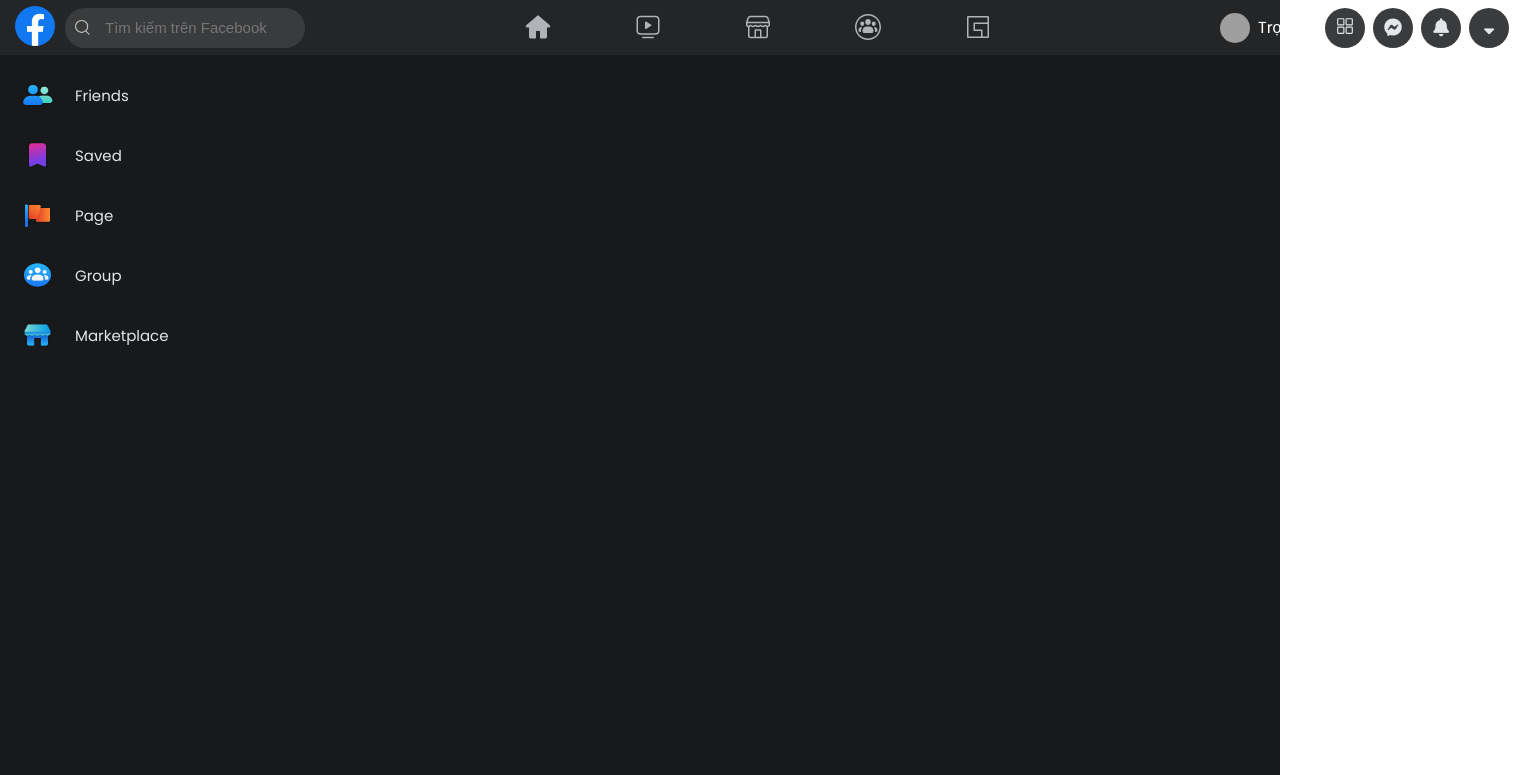
Repository: vanntrong/facebook-clone
Page: index.html
An editor plug-in stored every save of this project. The page is shown before and after the next save, followed by the edit.
The browser window is 1280 px wide. The page is 1517 px wide, so the pictures cover 1517 px, including what lies to the right of the window. The pictures show the whole page.
Pictures or frames that could not be fetched are drawn as grey boxes.

Above is the page before, as saved 2021-09-08 18:32:55.

### index.html
<!DOCTYPE html>
<html lang="en">
  <head>
    <meta charset="UTF-8" />
    <meta http-equiv="X-UA-Compatible" content="IE=edge" />
    <meta name="viewport" content="width=device-width, initial-scale=1.0" />
    <title>Facebook</title>
    <link rel="stylesheet" href="./assets/css/reset.css" />
    <link rel="stylesheet" href="./assets/css/base.css" />
    <link rel="stylesheet" href="./assets/css/style.css" />
    <link rel="stylesheet" href="./assets/fonts/fontawesome-free-5.15.4-web/css/all.css" />
    <script type="module" src="https://unpkg.com/ionicons@5.5.2/dist/ionicons/ionicons.esm.js"></script>
    <script nomodule src="https://unpkg.com/ionicons@5.5.2/dist/ionicons/ionicons.js"></script>
    <style>
      @import url("https://fonts.googleapis.com/css2?family=Poppins:wght@300;400;500;600;700&display=swap");
    </style>
  </head>
  <body>
    <!-- header -->
    <header class="header">
      <div class="header__nav-left">
        <div class="header__logo">
          <a href="" class="header__logo-link">
            <img src="./assets/images/logo.png" alt="Logo Facebook" class="header__logo-img" />
          </a>
        </div>
        <div class="header__search">
          <img src="./assets/images/search.png" class="header__search-img" />
          <input type="text" class="header__search-input" placeholder="Tìm kiếm trên Facebook" />
        </div>
      </div>

      <div class="header__nav-center">
        <ul class="header__nav-list">
          <li class="header__nav-item">
            <div class="header-item-link">
              <a href="#" class="header-item-icon">
                <svg viewBox="0 0 28 28" class="a8c37x1j ms05siws hwsy1cff b7h9ocf4 aaxa7vy3" height="28" width="28">
                  <path
                    d="M25.825 12.29C25.824 12.289 25.823 12.288 25.821 12.286L15.027 2.937C14.752 2.675 14.392 2.527 13.989 2.521 13.608 2.527 13.248 2.675 13.001 2.912L2.175 12.29C1.756 12.658 1.629 13.245 1.868 13.759 2.079 14.215 2.567 14.479 3.069 14.479L5 14.479 5 23.729C5 24.695 5.784 25.479 6.75 25.479L11 25.479C11.552 25.479 12 25.031 12 24.479L12 18.309C12 18.126 12.148 17.979 12.33 17.979L15.67 17.979C15.852 17.979 16 18.126 16 18.309L16 24.479C16 25.031 16.448 25.479 17 25.479L21.25 25.479C22.217 25.479 23 24.695 23 23.729L23 14.479 24.931 14.479C25.433 14.479 25.921 14.215 26.132 13.759 26.371 13.245 26.244 12.658 25.825 12.29"
                  ></path>
                </svg>
              </a>
            </div>
          </li>
          <li class="header__nav-item">
            <div class="header-item-link">
              <a href="#" class="header-item-icon">
                <svg viewBox="0 0 28 28" class="a8c37x1j ms05siws hwsy1cff b7h9ocf4 em6zcovv" height="28" width="28">
                  <path
                    d="M8.75 25.25C8.336 25.25 8 24.914 8 24.5 8 24.086 8.336 23.75 8.75 23.75L19.25 23.75C19.664 23.75 20 24.086 20 24.5 20 24.914 19.664 25.25 19.25 25.25L8.75 25.25ZM17.163 12.846 12.055 15.923C11.591 16.202 11 15.869 11 15.327L11 9.172C11 8.631 11.591 8.297 12.055 8.576L17.163 11.654C17.612 11.924 17.612 12.575 17.163 12.846ZM21.75 20.25C22.992 20.25 24 19.242 24 18L24 6.5C24 5.258 22.992 4.25 21.75 4.25L6.25 4.25C5.008 4.25 4 5.258 4 6.5L4 18C4 19.242 5.008 20.25 6.25 20.25L21.75 20.25ZM21.75 21.75 6.25 21.75C4.179 21.75 2.5 20.071 2.5 18L2.5 6.5C2.5 4.429 4.179 2.75 6.25 2.75L21.75 2.75C23.821 2.75 25.5 4.429 25.5 6.5L25.5 18C25.5 20.071 23.821 21.75 21.75 21.75Z"
                  ></path>
                </svg>
              </a>
            </div>
          </li>
          <li class="header__nav-item">
            <div class="header-item-link">
              <a href="#" class="header-item-icon">
                <svg viewBox="0 0 28 28" class="a8c37x1j ms05siws hwsy1cff b7h9ocf4 em6zcovv" height="28" width="28">
                  <path
                    d="M17.5 23.75 21.75 23.75C22.164 23.75 22.5 23.414 22.5 23L22.5 14 22.531 14C22.364 13.917 22.206 13.815 22.061 13.694L21.66 13.359C21.567 13.283 21.433 13.283 21.34 13.36L21.176 13.497C20.591 13.983 19.855 14.25 19.095 14.25L18.869 14.25C18.114 14.25 17.382 13.987 16.8 13.506L16.616 13.354C16.523 13.278 16.39 13.278 16.298 13.354L16.113 13.507C15.53 13.987 14.798 14.25 14.044 14.25L13.907 14.25C13.162 14.25 12.439 13.994 11.861 13.525L11.645 13.35C11.552 13.275 11.419 13.276 11.328 13.352L11.155 13.497C10.57 13.984 9.834 14.25 9.074 14.25L8.896 14.25C8.143 14.25 7.414 13.989 6.832 13.511L6.638 13.351C6.545 13.275 6.413 13.275 6.32 13.351L5.849 13.739C5.726 13.84 5.592 13.928 5.452 14L5.5 14 5.5 23C5.5 23.414 5.836 23.75 6.25 23.75L10.5 23.75 10.5 17.5C10.5 16.81 11.06 16.25 11.75 16.25L16.25 16.25C16.94 16.25 17.5 16.81 17.5 17.5L17.5 23.75ZM3.673 8.75 24.327 8.75C24.3 8.66 24.271 8.571 24.238 8.483L23.087 5.355C22.823 4.688 22.178 4.25 21.461 4.25L6.54 4.25C5.822 4.25 5.177 4.688 4.919 5.338L3.762 8.483C3.729 8.571 3.7 8.66 3.673 8.75ZM24.5 10.25 3.5 10.25 3.5 12C3.5 12.414 3.836 12.75 4.25 12.75L4.421 12.75C4.595 12.75 4.763 12.69 4.897 12.58L5.368 12.193C6.013 11.662 6.945 11.662 7.59 12.193L7.784 12.352C8.097 12.609 8.49 12.75 8.896 12.75L9.074 12.75C9.483 12.75 9.88 12.607 10.194 12.345L10.368 12.2C11.01 11.665 11.941 11.659 12.589 12.185L12.805 12.359C13.117 12.612 13.506 12.75 13.907 12.75L14.044 12.75C14.45 12.75 14.844 12.608 15.158 12.35L15.343 12.197C15.989 11.663 16.924 11.663 17.571 12.197L17.755 12.35C18.068 12.608 18.462 12.75 18.869 12.75L19.095 12.75C19.504 12.75 19.901 12.606 20.216 12.344L20.38 12.208C21.028 11.666 21.972 11.666 22.62 12.207L23.022 12.542C23.183 12.676 23.387 12.75 23.598 12.75 24.097 12.75 24.5 12.347 24.5 11.85L24.5 10.25ZM24 14.217 24 23C24 24.243 22.993 25.25 21.75 25.25L6.25 25.25C5.007 25.25 4 24.243 4 23L4 14.236C2.875 14.112 2 13.158 2 12L2 9.951C2 9.272 2.12 8.6 2.354 7.964L3.518 4.802C4.01 3.563 5.207 2.75 6.54 2.75L21.461 2.75C22.793 2.75 23.99 3.563 24.488 4.819L25.646 7.964C25.88 8.6 26 9.272 26 9.951L26 11.85C26 13.039 25.135 14.026 24 14.217ZM16 23.75 16 17.75 12 17.75 12 23.75 16 23.75Z"
                  ></path>
                </svg>
              </a>
            </div>
          </li>
          <li class="header__nav-item">
            <div class="header-item-link">
              <a href="#" class="header-item-icon">
                <svg viewBox="0 0 28 28" class="a8c37x1j ms05siws hwsy1cff b7h9ocf4 em6zcovv" height="28" width="28">
                  <path
                    d="M25.5 14C25.5 7.649 20.351 2.5 14 2.5 7.649 2.5 2.5 7.649 2.5 14 2.5 20.351 7.649 25.5 14 25.5 20.351 25.5 25.5 20.351 25.5 14ZM27 14C27 21.18 21.18 27 14 27 6.82 27 1 21.18 1 14 1 6.82 6.82 1 14 1 21.18 1 27 6.82 27 14ZM7.479 14 7.631 14C7.933 14 8.102 14.338 7.934 14.591 7.334 15.491 6.983 16.568 6.983 17.724L6.983 18.221C6.983 18.342 6.99 18.461 7.004 18.578 7.03 18.802 6.862 19 6.637 19L6.123 19C5.228 19 4.5 18.25 4.5 17.327 4.5 15.492 5.727 14 7.479 14ZM20.521 14C22.274 14 23.5 15.492 23.5 17.327 23.5 18.25 22.772 19 21.878 19L21.364 19C21.139 19 20.97 18.802 20.997 18.578 21.01 18.461 21.017 18.342 21.017 18.221L21.017 17.724C21.017 16.568 20.667 15.491 20.067 14.591 19.899 14.338 20.067 14 20.369 14L20.521 14ZM8.25 13C7.147 13 6.25 11.991 6.25 10.75 6.25 9.384 7.035 8.5 8.25 8.5 9.465 8.5 10.25 9.384 10.25 10.75 10.25 11.991 9.353 13 8.25 13ZM19.75 13C18.647 13 17.75 11.991 17.75 10.75 17.75 9.384 18.535 8.5 19.75 8.5 20.965 8.5 21.75 9.384 21.75 10.75 21.75 11.991 20.853 13 19.75 13ZM15.172 13.5C17.558 13.5 19.5 15.395 19.5 17.724L19.5 18.221C19.5 19.202 18.683 20 17.677 20L10.323 20C9.317 20 8.5 19.202 8.5 18.221L8.5 17.724C8.5 15.395 10.441 13.5 12.828 13.5L15.172 13.5ZM16.75 9C16.75 10.655 15.517 12 14 12 12.484 12 11.25 10.655 11.25 9 11.25 7.15 12.304 6 14 6 15.697 6 16.75 7.15 16.75 9Z"
                  ></path>
                </svg>
              </a>
            </div>
          </li>
          <li class="header__nav-item">
            <div class="header-item-link">
              <a href="#" class="header-item-icon">
                <svg viewBox="0 0 28 28" class="a8c37x1j ms05siws hwsy1cff b7h9ocf4 em6zcovv" height="28" width="28">
                  <path
                    d="M23.5 9.5H10.25a.75.75 0 00-.75.75v7c0 .414.336.75.75.75H17v5.5H4.5v-19h19v5zm0 14h-5v-6.25a.75.75 0 00-.75-.75H11V11h12.5v12.5zm1.5.25V4.25C25 3.561 24.439 3 23.75 3H4.25C3.561 3 3 3.561 3 4.25v19.5c0 .689.561 1.25 1.25 1.25h19.5c.689 0 1.25-.561 1.25-1.25z"
                  ></path>
                </svg>
              </a>
            </div>
          </li>
        </ul>
      </div>

      <div class="header__nav-right">
        <div class="header__nav-user">
          <img
            src="https://scontent.fsgn8-1.fna.fbcdn.net/v/t1.6435-1/p240x240/210197760_1699894010195731_8413836282276662202_n.jpg?_nc_cat=108&ccb=1-5&_nc_sid=7206a8&_nc_ohc=VyKzTsO_4DMAX9YWiV5&tn=ZfnwPn3exKDbVvbU&_nc_ht=scontent.fsgn8-1.fna&oh=88a15a829e8b30a39c7311926931e93a&oe=615D2151"
            class="header__nav-user-img"
          />
          <span class="header__nav-user-name">Trọng</span>
        </div>
        <div class="header__nav-menu">
          <ul class="header-menu-list">
            <li class="header-menu-item">
              <div class="header-menu-link">
                <a href="#" class="header-menu-icon">
                  <ion-icon name="grid-outline"></ion-icon>
                </a>
              </div>
            </li>
            <li class="header-menu-item">
              <div class="header-menu-link">
                <a href="#" class="header-menu-icon">
                  <i class="fab fa-facebook-messenger"></i>
                </a>
              </div>
            </li>
            <li class="header-menu-item">
              <div class="header-menu-link">
                <a href="#" class="header-menu-icon">
                  <i class="fas fa-bell"></i>
                </a>
              </div>
            </li>
            <li class="header-menu-item">
              <div class="header-menu-link">
                <a href="#" class="header-menu-icon">
                  <i class="fas fa-sort-down"></i>
                </a>
              </div>
            </li>
          </ul>
        </div>
      </div>
    </header>

    <!-- container -->
    <div class="app__container">
      <!-- left-sidebar -->
      <div class="left-sidebar">
        <div class="imp-links">
          <a href="#"><img src="./assets/images/friends.png" />Friends</a>
          <a href="#"><img src="./assets/images/saved.png" />Saved</a>
          <a href="#"><img src="./assets/images/pages.png" />Page</a>
          <a href="#"><img src="./assets/images/group.png" />Group</a>
          <a href="#"><img src="./assets/images/marketplace.png" />Marketplace</a>
        </div>
      </div>
      <div class="main-content"></div>
      <div class="right-sidebar"></div>
    </div>

    <footer class="footer"></footer>
  </body>
</html>

### assets/css/base.css
:root {
  --primary-color: #242526;
}

html {
  font-family: "Poppins", sans-serif;
}

* {
  box-sizing: border-box;
}

### assets/css/style.css
.header {
  display: flex;
  align-items: center;
  height: 55px;
  background-color: var(--primary-color);
}

.header__nav-left {
  display: flex;
  align-items: center;
  height: 100%;
}

.header__logo {
  margin-left: 15px;
  margin-right: 10px;
}

.header__logo-link {
  text-decoration: none;
  color: transparent;
}

.header__logo-img {
  width: 40px;
  height: 40px;
}

.header__search {
  background-color: #3a3b3c;
  width: 240px;
  height: 40px;
  border-radius: 20px;
  display: flex;
  align-items: center;
  color: #9ea1a6;
}
.header__search-img {
  width: 15px;
  margin: 10px;
}
.header__search-input {
  width: 100%;
  color: #fff;
  font-weight: 300;
  font-size: 15px;
  background-color: transparent;
  outline: none;
  padding: 0 5px;
  border: 0;
}

.header__nav-center {
  width: 545px;
  height: 100%;
  margin: 0 160px;
}

.header__nav-list {
  display: flex;
  align-items: center;
  list-style: none;
  height: 100%;
}

.header__nav-item {
  width: 110px;
  height: 100%;
  padding: 0 20px;
}

.header-item-link {
  width: 105px;
  height: 53px;
  align-items: center;
  justify-content: center;
  transition: height linear 0.1s;
}

.header-item-link:hover {
  background-color: #4d4c4c;
  border-radius: 10px;
}

.header-item-icon {
  color: #fff;
  fill: #b0b3b8;
  width: 100%;
  height: 100%;
  display: flex;
  align-items: center;
  justify-content: center;
}

.header__nav-right {
  display: flex;
  align-items: center;
  flex: 1;
  height: 100%;
  margin-left: 50px;
}

.header__nav-user {
  display: flex;
  align-items: center;
  margin-right: 20px;
  width: 85px;
  height: 40px;
}

.header__nav-user:hover {
  background-color: #3a3b3c;
  border-radius: 20px;
}

.header__nav-user-img {
  width: 30px;
  height: 30px;
  border-radius: 50%;
}

.header__nav-user-name {
  color: #fff;
  font-size: 16px;
  padding-left: 8px;
  cursor: pointer;
}

.header__nav-menu {
}

.header-menu-list {
  display: flex;
  align-items: center;
  justify-content: space-between;
}

.header-menu-link {
  display: flex;
  align-items: center;
  justify-content: center;
  font-size: 18px;
  margin: 0 8px 0 0;
  background-color: #3a3b3c;
  width: 40px;
  height: 40px;
  border-radius: 50%;
}

.header-menu-link:hover {
  background-color: #595b5c;
}

.header-menu-icon {
  color: #e4e6eb;
  display: block;
}

/* container */
.app__container {
  display: flex;
  justify-content: space-between;
  padding: 25px 0;
  background-color: #18191a;
  height: 100vh;
}

.left-sidebar {
  flex-basis: 25%;
  position: relative;
}

.imp-links {
  display: flex;
  flex-direction: column;
}

.imp-links a {
  font-size: 15px;
  color: #e4e6eb;
  text-decoration: none;
  margin-bottom: 30px;
  display: flex;
  align-items: center;
}

.imp-links a img {
  width: 35px;
  height: 30px;
  margin: 0 20px;
}

.main-content {
  flex-basis: 47%;
}

.right-sidebar {
  flex-basis: 25%;
}

Loaded but not shown: assets/css/reset.css (common file); assets/fonts/fontawesome-free-5.15.4-web/css/all.css (library)

After the next save:
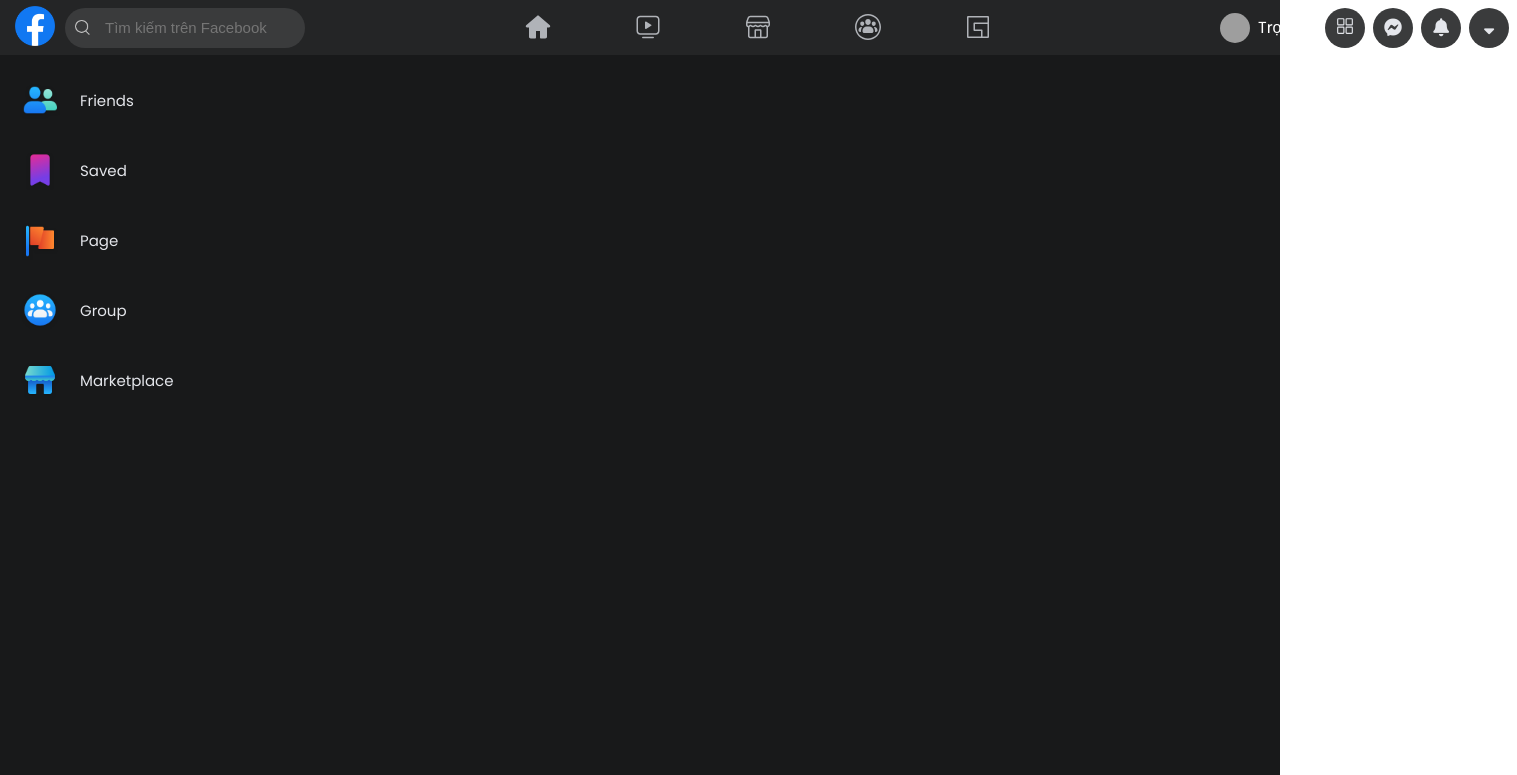
Saved 45 s later.
--- a/assets/css/style.css
+++ b/assets/css/style.css
@@ -185,8 +185,8 @@
 }
 
 .imp-links a img {
-  width: 35px;
-  height: 30px;
+  width: 40px;
+  height: 40px;
   margin: 0 20px;
 }
 
